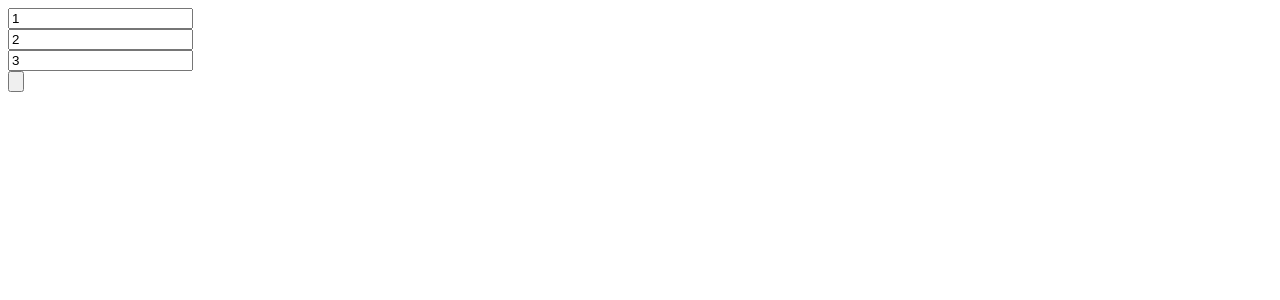
Repository: KhudanJeugene/StudyingInHillel
Page: Calculator/WebContent/Calc1.html
The author's editor kept a copy of each file at every save. The page is drawn from the files as they stood at one save, then again after the next save.
The browser window is 1280 px wide. The pictures show the whole page.

Above is the page before, as saved 2016-02-07 16:16:36.
Console error: SyntaxError: Unexpected identifier 'a'

### Calculator/WebContent/Calc1.html
<!DOCTYPE html>
<html>
<head>
<meta charset="UTF-8">
<title>Add two numbers</title>
</head>
<body>
	<input type="text" id="a" value="1">
	<br>
	<input type="text" id="b" value="2">
	<br>
	<input type="text" id="res" value="3">
	<br>
	<input type="button" id="Calculate" onclick="calc">

	<script type="text/javascript">
		function calc()
		{
			val a = document.getElementById(a);
			val b = document.getElementByld(b));
			val c = a+b;
		}
	</script>
</body>
</html>

After the next save:
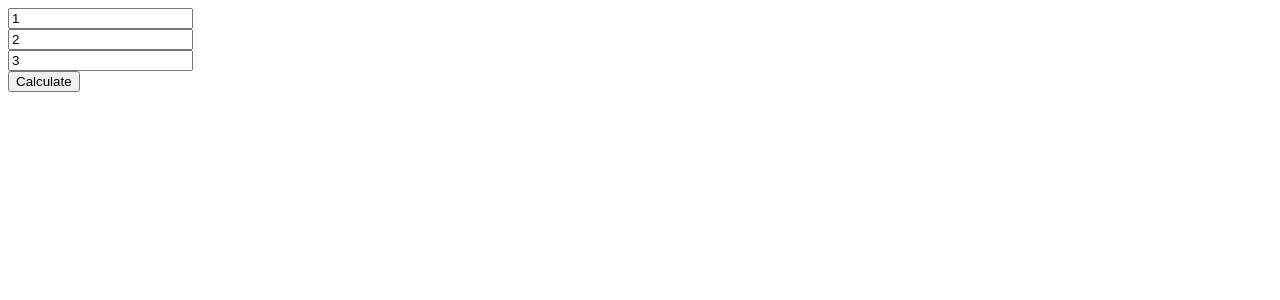
Saved 26 s later.
--- a/Calculator/WebContent/Calc1.html
+++ b/Calculator/WebContent/Calc1.html
@@ -11,7 +11,7 @@
 	<br>
 	<input type="text" id="res" value="3">
 	<br>
-	<input type="button" id="Calculate" onclick="calc">
+	<input type="button" value="Calculate" onclick="calc">
 
 	<script type="text/javascript">
 		function calc()
